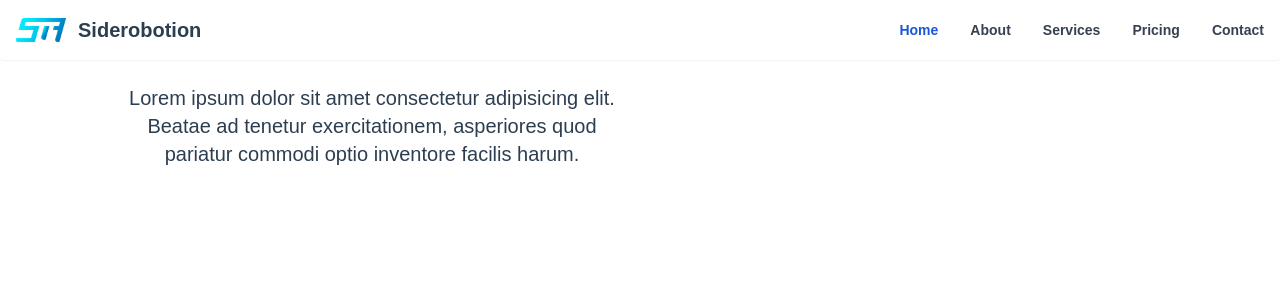
Repository: khulqu15/siderobotion
Page: /
The author's editor kept a copy of each file at every save. The page is drawn from the files as they stood at one save, then again after the next save.
The browser window is 1280 px wide. The pictures show the whole page.
The project was rebuilt for these pictures with package versions that can differ from the ones it lists, and the page was loaded fresh each time. Also part of the build but not shown: vue.config.js.

Above is the page before, as saved 2022-06-12 02:09:36.

### src/main.js
import { createApp } from 'vue'
import App from './App.vue'
import './registerServiceWorker'
import router from './router'
import store from './store'
import 'flowbite'
import './index.css'

createApp(App)
  .use(store)
  .use(router)
  .mount('#app')

### src/index.css
@tailwind base;
@tailwind components;
@tailwind utilities;
@import url('https://fonts.googleapis.com/css2?family=Poppins:ital,wght@0,100;0,200;0,300;0,400;0,500;0,600;0,700;0,800;0,900;1,100;1,200;1,300;1,400;1,500;1,600;1,700;1,800;1,900&display=swap');

* {
  font-family: 'Poppins', sans-serif !important;
}

### src/views/HomeView.vue
<template>

  <web-layout>
    <div class="px-28 py-6 grid grid-cols-2 gap-4">
      <div>
        <h1 class="text-xl">Lorem ipsum dolor sit amet consectetur adipisicing elit. Beatae ad tenetur exercitationem, asperiores quod pariatur commodi optio inventore facilis harum.</h1>
      </div>
    </div>
  </web-layout>

</template>

<script>
import WebLayout from '@/layouts/WebLayout.vue'
export default {
  name: 'HomeView',
  components: {
    WebLayout
  }
}
</script>

### src/layouts/WebLayout.vue
<template>
  <div id="app-web">
    <div id="nav">
      <navigation-header/>
    </div>
    <div id="body-content">
      <slot id="content"></slot>
    </div>
  </div>
</template>

<script>
import NavigationHeader from '@/components/NavigationHeader.vue'
export default {
  components: {
    NavigationHeader
  }
}
</script>

### src/components/NavigationHeader.vue
<template>
  <div>
    <nav class="bg-white border-gray-200 px-2 sm:px-4 py-4 shadow-sm rounded dark:bg-gray-800">
      <div class="container flex flex-wrap justify-between items-center mx-auto">
        <a href="/" class="flex items-center">
          <img :src="require('@/assets/logo.webp')" class="mr-3 h-4 sm:h-6" alt="Siderobotion Logo">
          <span class="self-center text-xl font-semibold whitespace-nowrap dark:text-white">Siderobotion</span>
        </a>
        <button data-collapse-toggle="mobile-menu" type="button" class="inline-flex items-center p-2 ml-3 text-sm text-gray-500 rounded-lg md:hidden hover:bg-gray-100 focus:outline-none focus:ring-2 focus:ring-gray-200 dark:text-gray-400 dark:hover:bg-gray-700 dark:focus:ring-gray-600" aria-controls="mobile-menu" aria-expanded="false">
          <span class="sr-only">Open main menu</span>
          <svg class="w-6 h-6" fill="currentColor" viewBox="0 0 20 20" xmlns="http://www.w3.org/2000/svg"><path fill-rule="evenodd" d="M3 5a1 1 0 011-1h12a1 1 0 110 2H4a1 1 0 01-1-1zM3 10a1 1 0 011-1h12a1 1 0 110 2H4a1 1 0 01-1-1zM3 15a1 1 0 011-1h12a1 1 0 110 2H4a1 1 0 01-1-1z" clip-rule="evenodd"></path></svg>
          <svg class="hidden w-6 h-6" fill="currentColor" viewBox="0 0 20 20" xmlns="http://www.w3.org/2000/svg"><path fill-rule="evenodd" d="M4.293 4.293a1 1 0 011.414 0L10 8.586l4.293-4.293a1 1 0 111.414 1.414L11.414 10l4.293 4.293a1 1 0 01-1.414 1.414L10 11.414l-4.293 4.293a1 1 0 01-1.414-1.414L8.586 10 4.293 5.707a1 1 0 010-1.414z" clip-rule="evenodd"></path></svg>
        </button>
        <div class="hidden w-full md:block md:w-auto" id="mobile-menu">
          <ul class="flex flex-col mt-4 md:flex-row md:space-x-8 md:mt-0 md:text-sm md:font-medium">
            <li>
              <a href="#" class="block py-2 pr-4 pl-3 text-white bg-blue-700 rounded md:bg-transparent md:text-blue-700 md:p-0 dark:text-white" aria-current="page">Home</a>
            </li>
            <li>
              <a href="#" class="block py-2 pr-4 pl-3 text-gray-700 border-b border-gray-100 hover:bg-gray-50 md:hover:bg-transparent md:border-0 md:hover:text-blue-700 md:p-0 dark:text-gray-400 md:dark:hover:text-white dark:hover:bg-gray-700 dark:hover:text-white md:dark:hover:bg-transparent dark:border-gray-700">About</a>
            </li>
            <li>
              <a href="#" class="block py-2 pr-4 pl-3 text-gray-700 border-b border-gray-100 hover:bg-gray-50 md:hover:bg-transparent md:border-0 md:hover:text-blue-700 md:p-0 dark:text-gray-400 md:dark:hover:text-white dark:hover:bg-gray-700 dark:hover:text-white md:dark:hover:bg-transparent dark:border-gray-700">Services</a>
            </li>
            <li>
              <a href="#" class="block py-2 pr-4 pl-3 text-gray-700 border-b border-gray-100 hover:bg-gray-50 md:hover:bg-transparent md:border-0 md:hover:text-blue-700 md:p-0 dark:text-gray-400 md:dark:hover:text-white dark:hover:bg-gray-700 dark:hover:text-white md:dark:hover:bg-transparent dark:border-gray-700">Pricing</a>
            </li>
            <li>
              <a href="#" class="block py-2 pr-4 pl-3 text-gray-700 hover:bg-gray-50 md:hover:bg-transparent md:border-0 md:hover:text-blue-700 md:p-0 dark:text-gray-400 md:dark:hover:text-white dark:hover:bg-gray-700 dark:hover:text-white md:dark:hover:bg-transparent">Contact</a>
            </li>
          </ul>
        </div>
      </div>
    </nav>

  </div>
</template>

### tailwind.config.js
module.exports = {

  content: [
    "./index.html",
    "./src/**/*.{vue,js,ts,jsx,tsx}",
    "./node_modules/flowbite/**/*.js",
  ],
  theme: {
    extend: {},
  },
  plugins: [
    require('flowbite/plugin')
  ]

}

Loaded but not shown: public/index.html (common file); src/App.vue (common file); src/registerServiceWorker.js (common file); src/router/index.js (common file); src/store/index.js (common file)

After the next save:
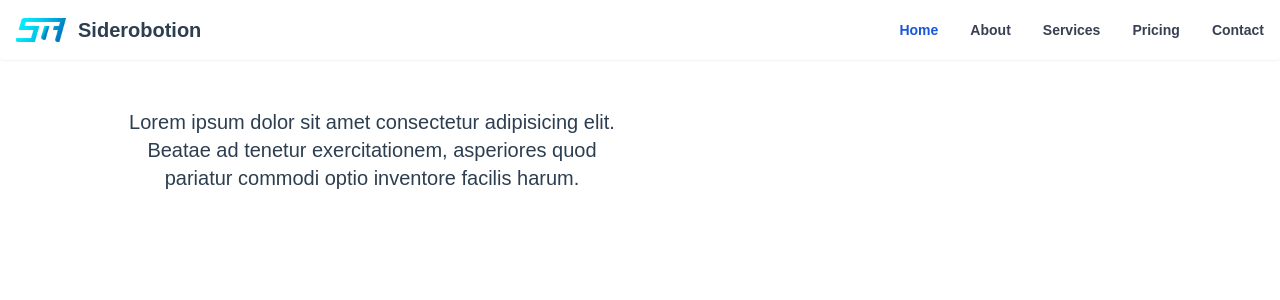
Saved 9 s later.
--- a/src/views/HomeView.vue
+++ b/src/views/HomeView.vue
@@ -1,7 +1,7 @@
 <template>
 
   <web-layout>
-    <div class="px-28 py-6 grid grid-cols-2 gap-4">
+    <div class="px-28 py-12 grid grid-cols-2 gap-4">
       <div>
         <h1 class="text-xl">Lorem ipsum dolor sit amet consectetur adipisicing elit. Beatae ad tenetur exercitationem, asperiores quod pariatur commodi optio inventore facilis harum.</h1>
       </div>
